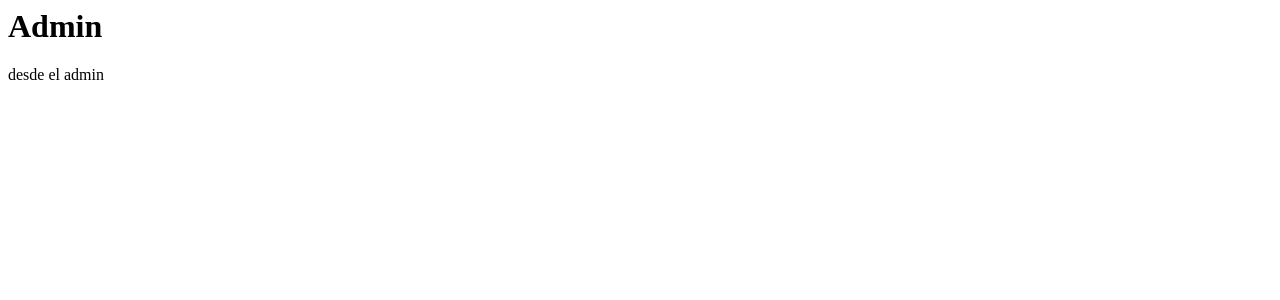
Repository: omoray99/BienesRaicesMVC
Page: http://localhost/views/Propiedades/admin.php
The author's editor kept a copy of each file at every save. The page is drawn from the files as they stood at one save, then again after the next save.
The browser window is 1280 px wide. The pictures show the whole page.
The page is run by PHP 8.4 with error messages shown; the project is at /var/www/html/.

Above is the page before, as saved 2024-10-09 11:19:04.

After the next save:
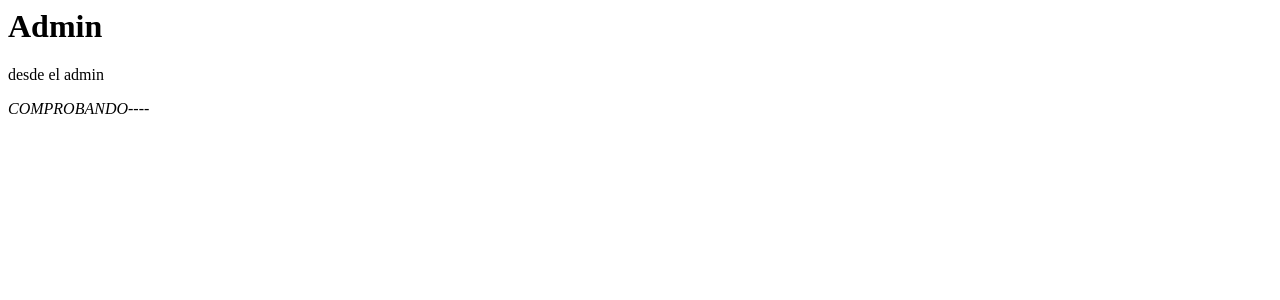
Saved 2 min 44 s later.
--- a/views/Propiedades/admin.php
+++ b/views/Propiedades/admin.php
@@ -1,3 +1,4 @@
 <h1>Admin</h1>
 
 <p>desde el admin</p>
+<EM>COMPROBANDO----</EM>
